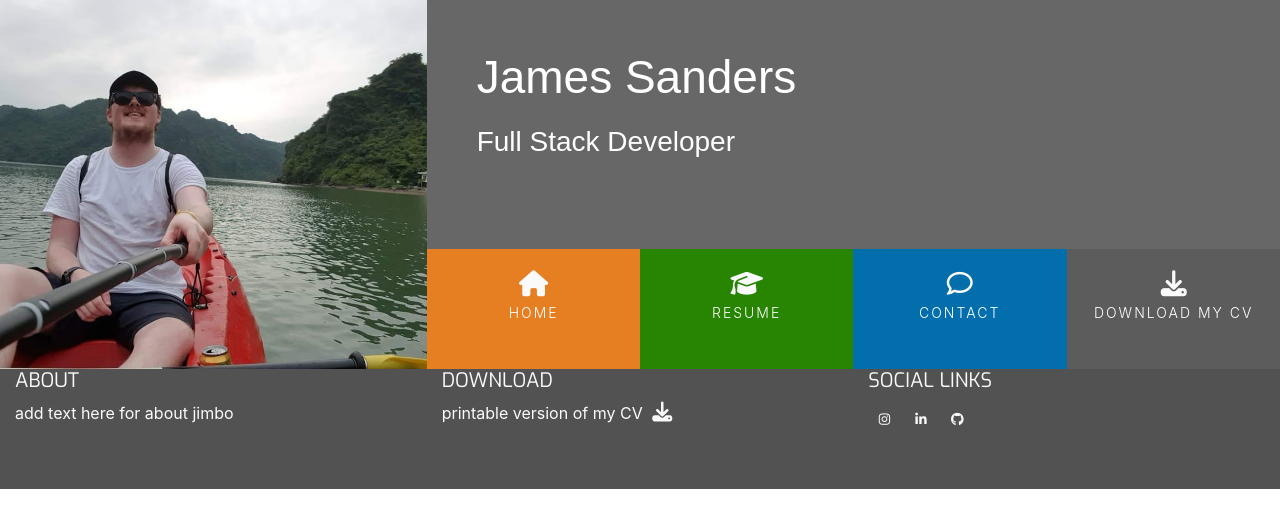
Repository: JaySanders95/my-online-resume
Page: index.html
The author's editor kept a copy of each file at every save. The page is drawn from the files as they stood at one save, then again after the next save.
The browser window is 1280 px wide. The pictures show the whole page.
Some web fonts or font styles are not loaded; a fallback is used. Some web libraries are served in a nearby version.

Above is the page before, as saved 2023-04-19 18:02:40.

After the next save:
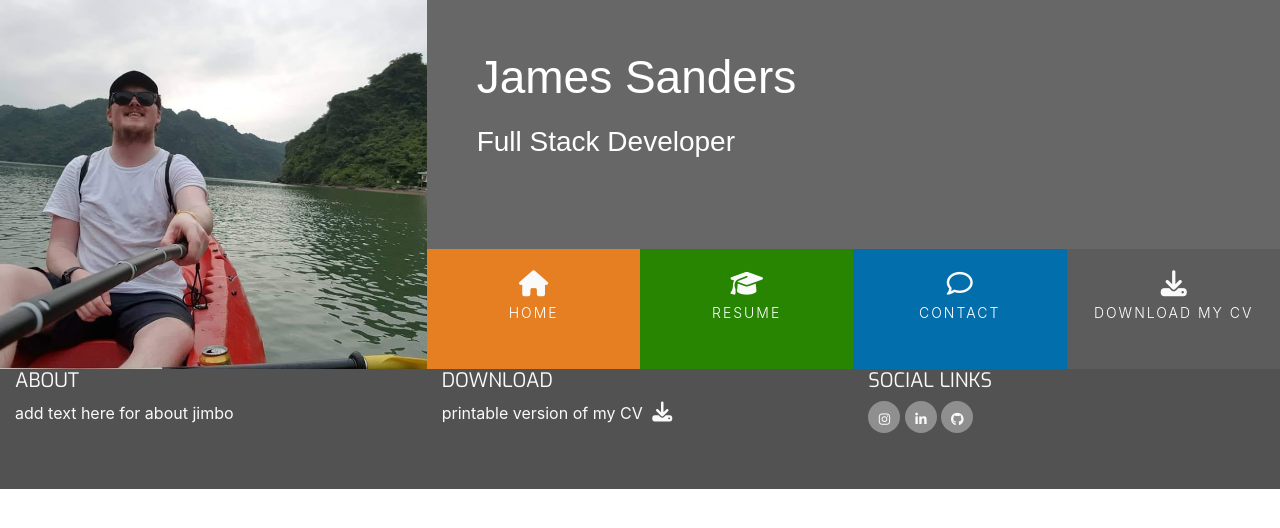
Saved 15 s later.
--- a/assets/css/style.css
+++ b/assets/css/style.css
@@ -174,4 +174,5 @@ footer {
     font-size: 13px;
     text-align: center;
     color: #fafafa;
+    background: #8f8f8f;
 }
